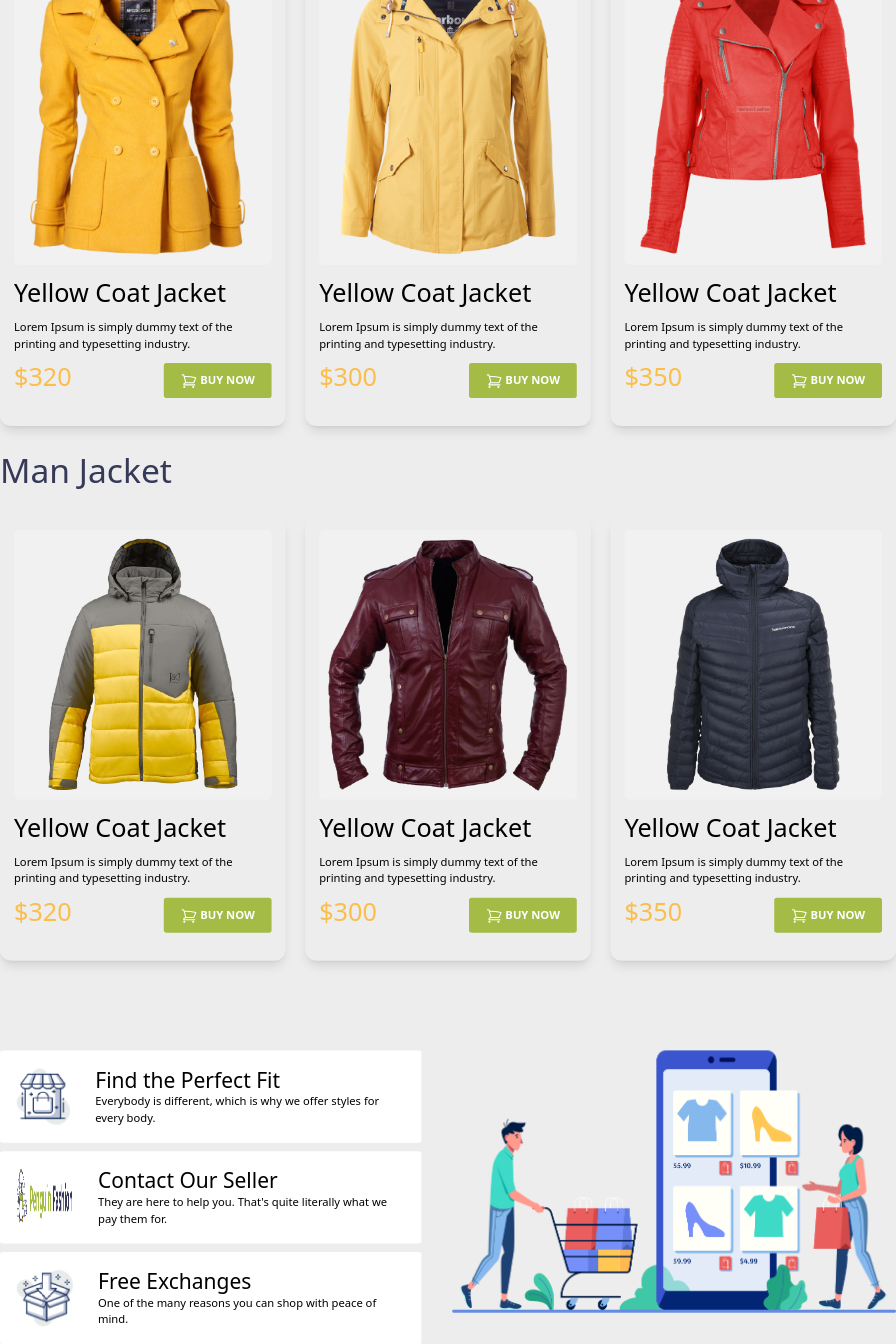
Repository: zjria/penguin-e-commerce-fashion
Page: index.html
An editor plug-in stored every save of this project. The page is shown before and after the next save, followed by the edit.
The browser window is 1280 px wide. The pictures show the part of the page from y = 982 to 2902 px (the page is 2902 px tall), at 70% of full size.
Some web libraries are served in a nearby version.

Above is the page before, as saved 2022-10-07 10:15:34.

After the next save:
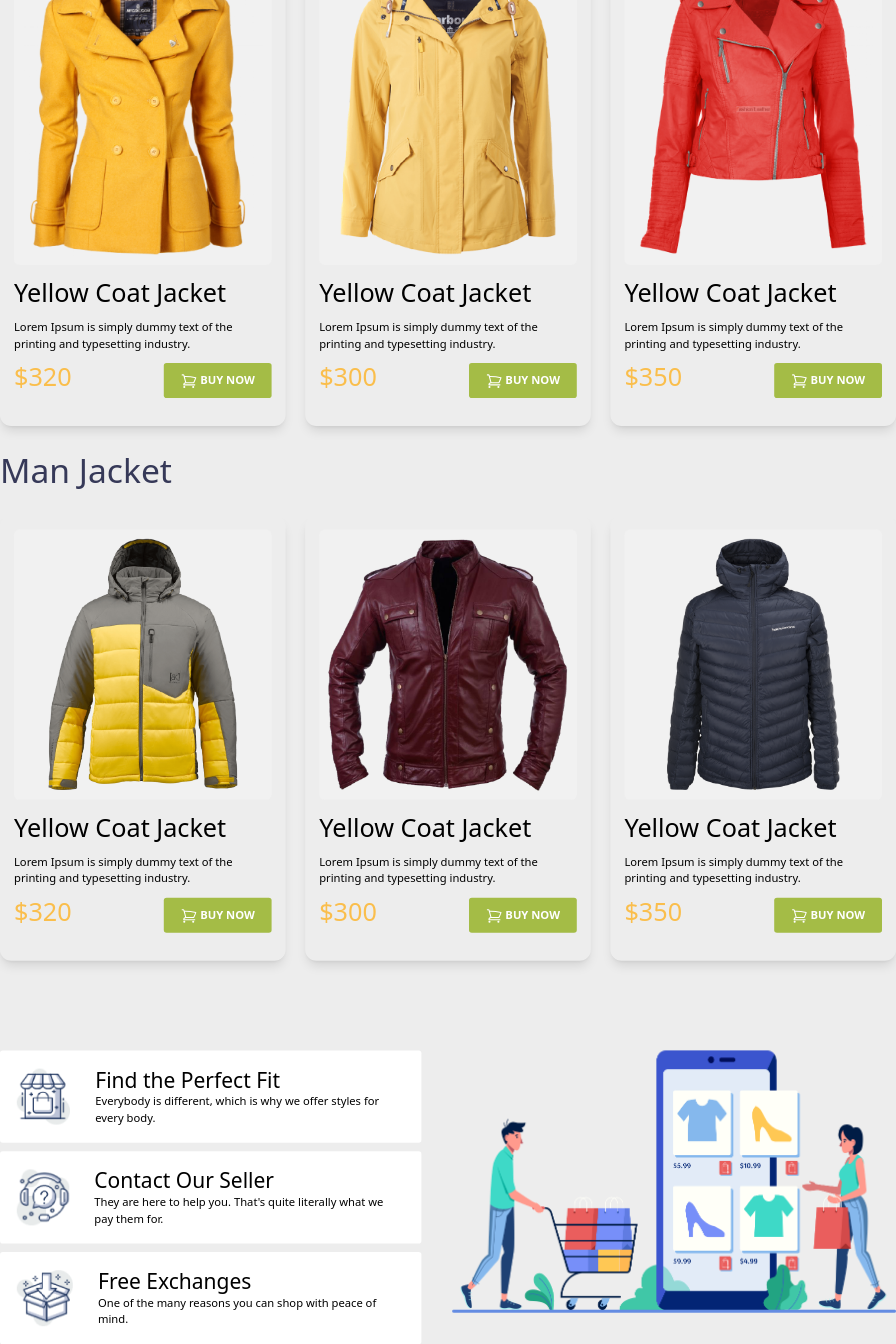
Saved 39 s later.
--- a/index.html
+++ b/index.html
@@ -233,7 +233,7 @@
                 </div>
 
                 <div class="bg-white rounded flex p-6 justify-center items-center mr-8">
-                    <img class="w-20 h-20" src="images/logo.png" alt="">
+                    <img class="w-20 h-20" src="images/question.png" alt="">
                     <div class="text pl-9">
                         <h4 class="text-3xl">Contact Our Seller</h4>
                         <p>They are here to help you. That's quite
